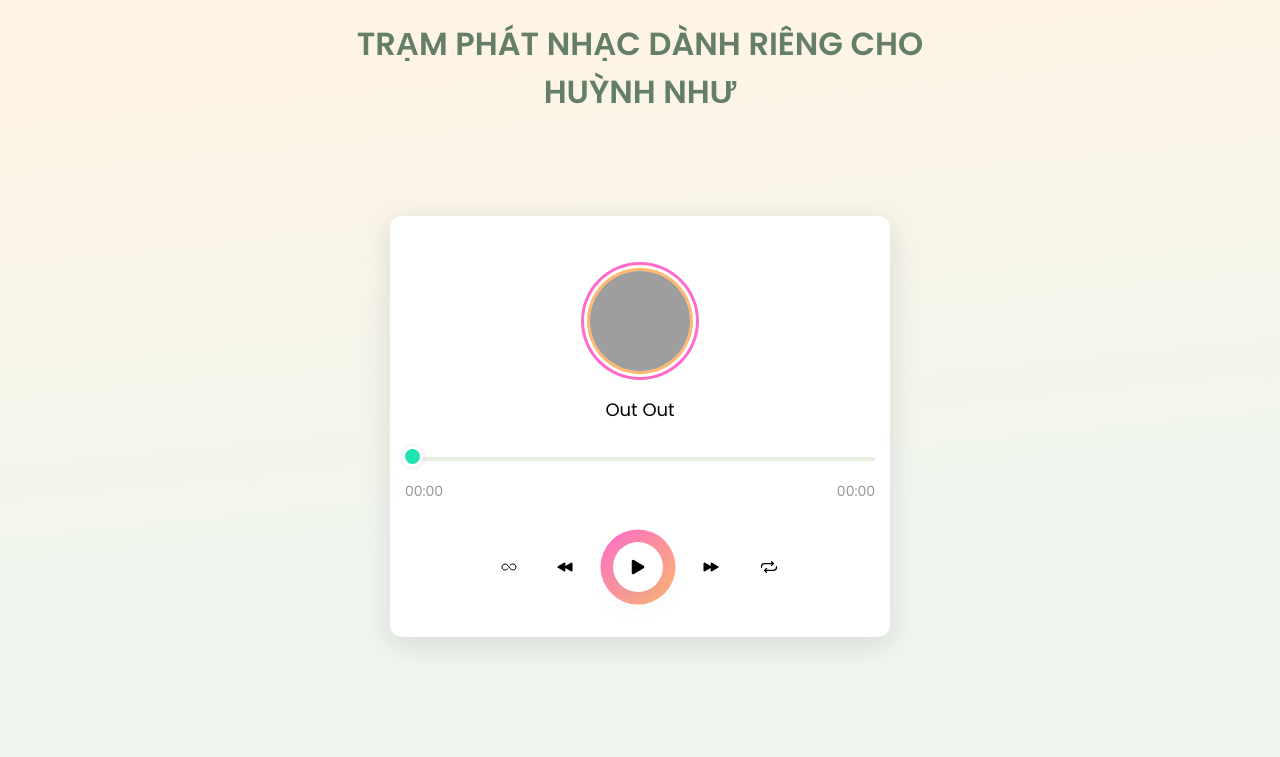
Repository: VuTuanAnh0949/Mp3
Page: index.html
An editor plug-in stored every save of this project. The page is shown before and after the next save, followed by the edit.
The browser window is 1280 px wide. The pictures show the whole page.
Pictures or frames that could not be fetched are drawn as grey boxes.

Above is the page before, as saved 2022-09-25 15:02:02.

After the next save:
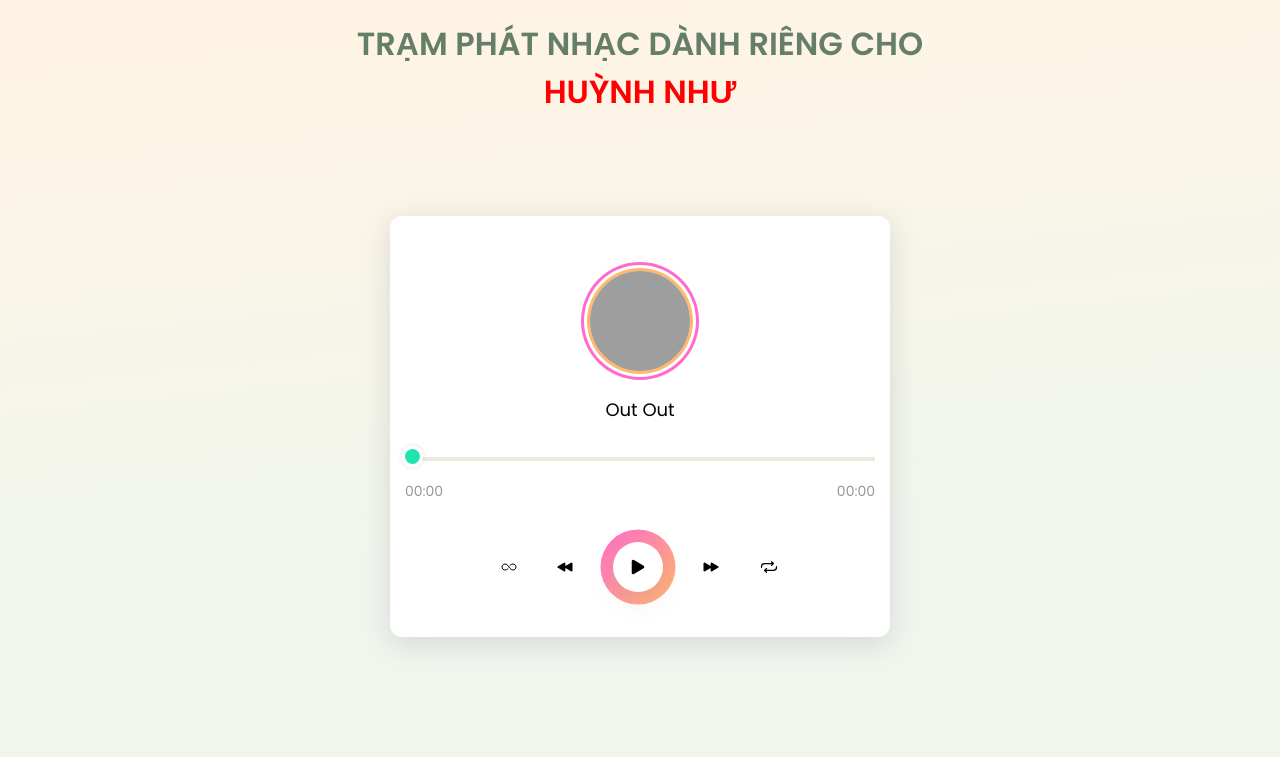
Saved 13 s later.
--- a/app.css
+++ b/app.css
@@ -45,7 +45,7 @@
   justify-content: center;;
   text-align: center;;
  }
- .especially{
+ #especially{
   color: red;
  }
   .music {

After the 3 saves that followed:
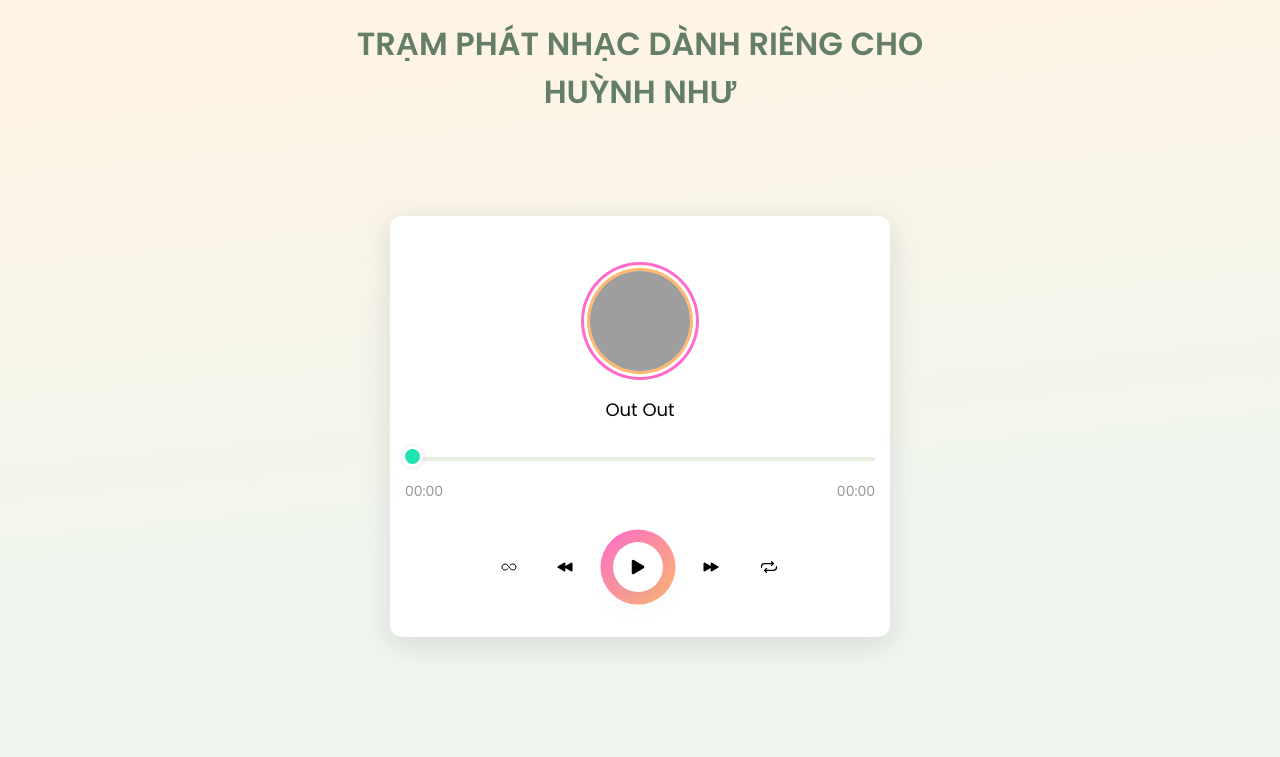
The 3 saves are shown as one change because they came seconds apart.
The last was saved 13 s later.
--- a/app.css
+++ b/app.css
@@ -46,7 +46,7 @@
   text-align: center;;
  }
  #especially{
-  color: red;
+  text-decoration: ;
  }
   .music {
     max-width: 500px;
